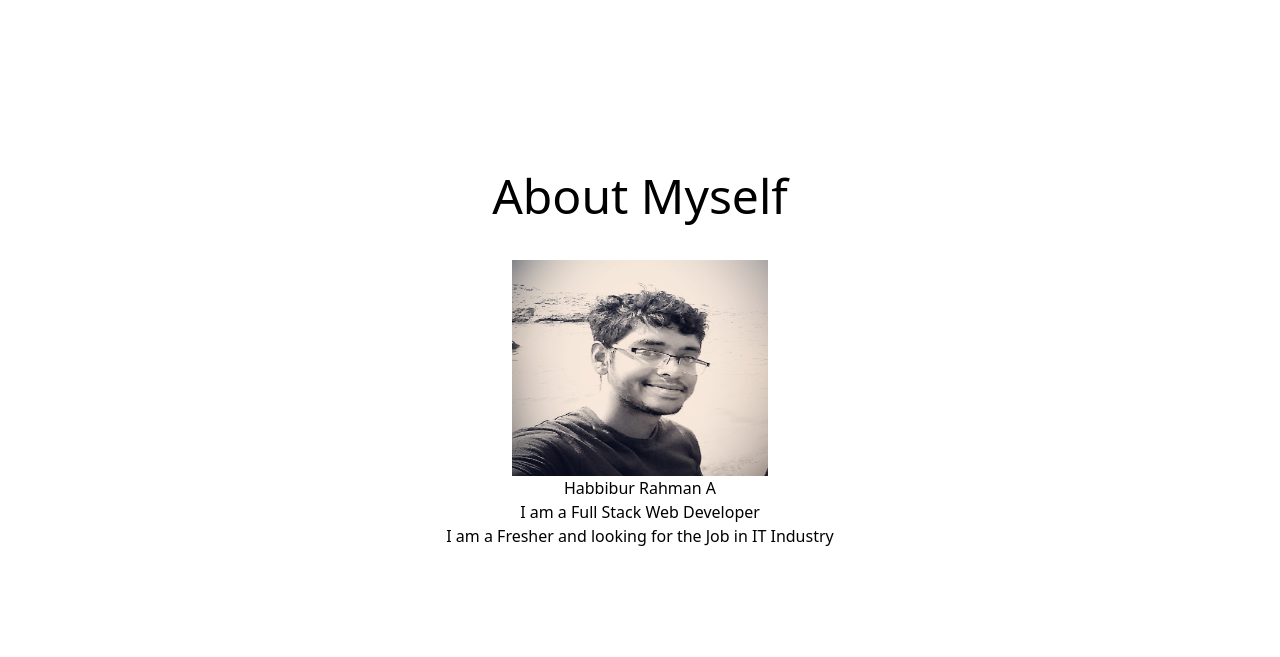
Repository: Habeebur1493/project
Page: /About
An editor plug-in stored every save of this project. The page is shown before and after the next save, followed by the edit.
The browser window is 1280 px wide. The pictures show the whole page.
The page's requests for data from a server got no answer. The project was rebuilt for these pictures with package versions that can differ from the ones it lists, and the page was loaded fresh each time. No one was signed in, and anything a server would have sent is missing. Also part of the build but not shown: vite.config.js, src/Components/Login.jsx, src/Components/Nav.jsx, src/Components/Loading.jsx, src/Components/Home.jsx, src/Components/Details.jsx, src/Components/Services.jsx, src/Components/Contact.jsx.

Above is the page before, as saved 2025-01-31 20:30:02.

### index.html
<!doctype html>
<html lang="en">
  <head>
    <meta charset="UTF-8" />
    <meta name="viewport" content="width=device-width, initial-scale=1.0" />
    <title>Project</title>
  </head>
  <body>
    <div id="root"></div>
    <script type="module" src="/src/main.jsx"></script>
  </body>
</html>

### src/main.jsx
import React from "react";
import { createRoot } from "react-dom/client";
import App from "./App.jsx";
import { BrowserRouter } from "react-router-dom";
import Context from "./Components/utils/Context.jsx";

createRoot(document.getElementById("root")).render(
  <Context>
    <BrowserRouter>
      <App />
    </BrowserRouter>
    </Context>

);

### src/App.jsx
import React from "react";
import "./App.css";
import { Route, Routes } from "react-router-dom";
import Login from "./Components/Login.jsx";
import Home from "./Components/Home.jsx";
import Details from "./Components/Details.jsx";
import About from "./Components/About.jsx";
import Services from "./Components/Services.jsx";
import Contact from "./Components/Contact.jsx";


const App = () => {
  return (
    <div className="h-screen w-screen flex">
      <Routes>
        <Route path="/" element={<Login />} />
        <Route path="/Home" element={<Home />} />
        <Route path="/details/:id" element={<Details />} />
        <Route path="/About" element={<About />} />
        <Route path="/Services" element={<Services />} />
        <Route path="/Contact" element={<Contact />} />
      </Routes>
    </div>
  );
};

export default App;

### src/Components/utils/Context.jsx
import React, { createContext, useEffect, useState } from "react";
import axios from "axios";

export const ProductContext = createContext();

const Context = ({children}) => {
  const [products, setproducts] = useState([]);

  const getproducts = async () => {
    try {
      const { data } = await axios.get("https://fakestoreapi.com/products");
      setproducts(data);
    } catch (error) {
      console.log( "Error Fetching products"  ,error);
    }
  };

  useEffect(() => {
    getproducts();
  }, []);

  return (
    <ProductContext.Provider value={{products, setproducts}}>
      {children}
    </ProductContext.Provider>
  );
};

export default Context;

### src/Components/About.jsx
import React from 'react'


const About = () => {
  return (
    <div className='w-full h-full flex flex-col justify-center items-center'>
      <h1 className='text-5xl mb-10'>About Myself</h1>
      <img className='w-[20%] h-[30%] ' src="src\Components\IMG\IMG_20180427_173521_379.jpg" alt="" />
      <h1>Habbibur Rahman A</h1>
      <h2>I am a Full Stack Web Developer</h2>
      <h3>I am a Fresher and looking for the Job in IT Industry</h3>
    </div>
  )
}

export default About

Loaded but not shown: src/App.css (common file)

After the next save:
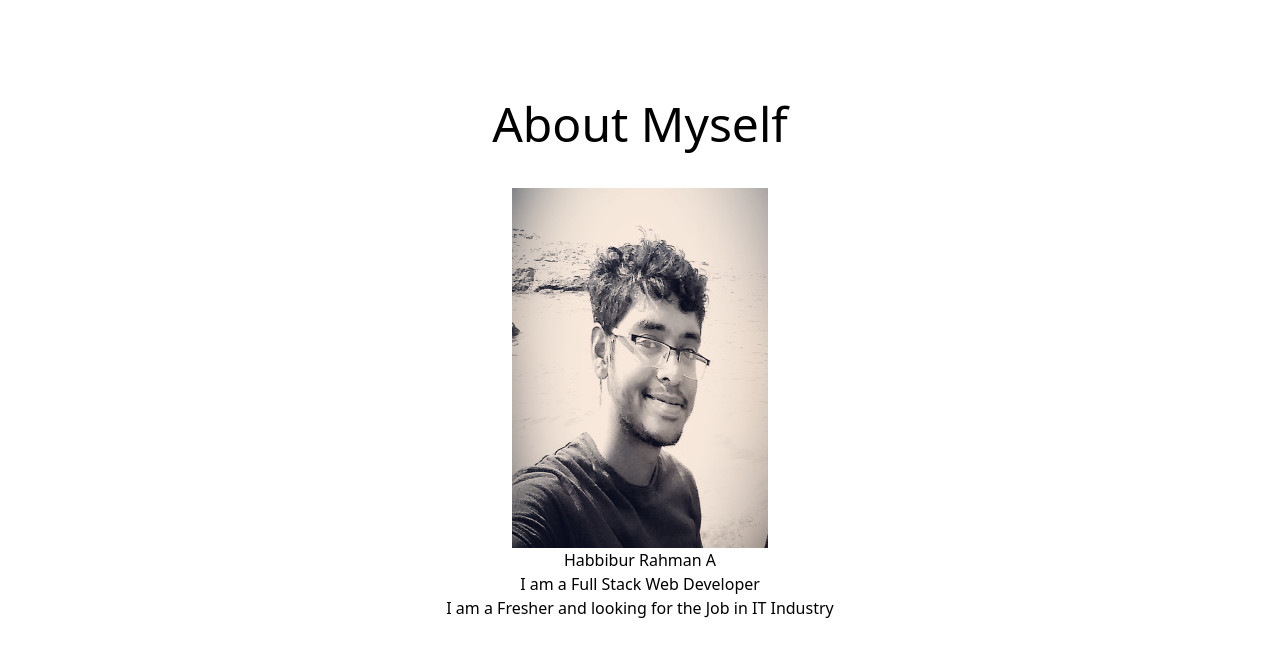
Saved 5 s later.
--- a/src/Components/About.jsx
+++ b/src/Components/About.jsx
@@ -5,7 +5,7 @@ const About = () => {
   return (
     <div className='w-full h-full flex flex-col justify-center items-center'>
       <h1 className='text-5xl mb-10'>About Myself</h1>
-      <img className='w-[20%] h-[30%] ' src="src\Components\IMG\IMG_20180427_173521_379.jpg" alt="" />
+      <img className='w-[20%] h-[50%] ' src="src\Components\IMG\IMG_20180427_173521_379.jpg" alt="" />
       <h1>Habbibur Rahman A</h1>
       <h2>I am a Full Stack Web Developer</h2>
       <h3>I am a Fresher and looking for the Job in IT Industry</h3>
